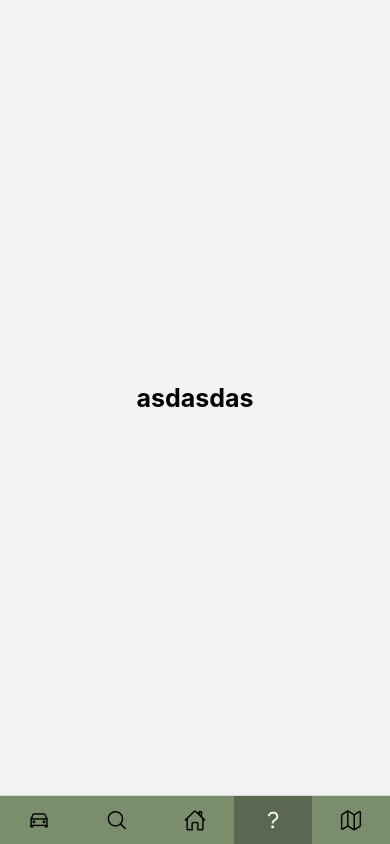
Repository: GabrielAron/EcoWheels
Screen: /Ajuda
These files come from the project's save history. The screen is drawn as it stood at one moment and after the next save; the edit follows.
The app was drawn by React Native's web renderer in a window 390 px wide. The project was rebuilt for these pictures with package versions that can differ from the ones it lists, and the page was loaded fresh each time. Also part of the build but not shown: src/Paginas/Home/index.js, src/Paginas/Carros/index.js, src/Paginas/Mapa/index.js.

Above is the screen before, as saved 2023-11-07 12:44:34.

After the next save:
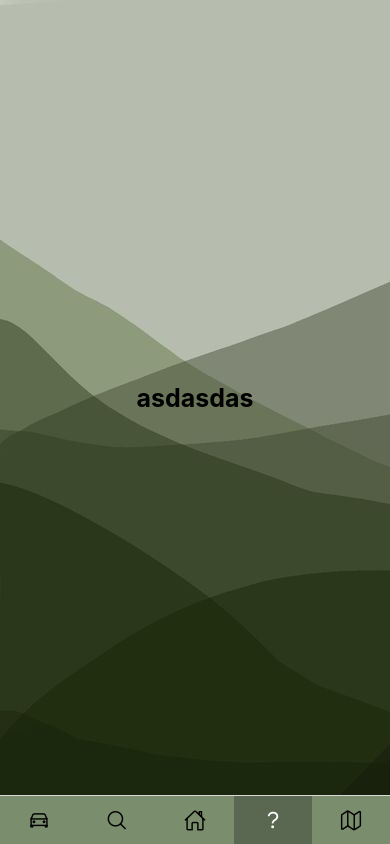
Saved 3 min 58 s later.
--- a/src/Paginas/Ajuda/index.js
+++ b/src/Paginas/Ajuda/index.js
@@ -1,23 +1,30 @@
-import { View, Text, Image, StyleSheet,} from 'react-native';
+import React from 'react';
+import { View, Text, ImageBackground, StyleSheet } from 'react-native';
+import Fundo from '/imagens/fundoverde.jpg';
 
-export default function Ajuda(){
-return(
+export default function Ajuda() {
+  return (
     <View style={styles.container}>
+      <ImageBackground source={Fundo} style={styles.image}>
         <Text style={styles.text}>asdasdas</Text>
+      </ImageBackground>
     </View>
-);
+  );
 }
 
 const styles = StyleSheet.create({
-    container:{
-        flex:1,
-        justifyContent:'center',
-        alignItems:'center',
-    },
-     text:{
-        fontSize:25,
-        color:"#000",
-        fontWeight:'bold',
-     }
-
+  container: {
+    flex: 1,
+  },
+  image: {
+    flex: 1,
+    resizeMode: 'cover',
+    justifyContent: 'center',
+  },
+  text: {
+    fontSize: 25,
+    color: '#000',
+    fontWeight: 'bold',
+    textAlign: 'center',
+  },
 });
